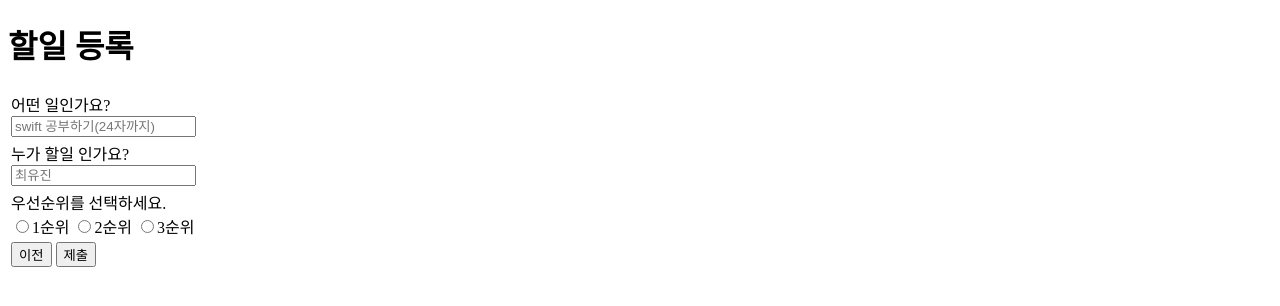
Repository: estellechoi/jsp-project-todo
Page: http://localhost/todo/jsp/form.jsp
These files come from the project's save history. The page is drawn as it stood at one moment and after the next save; the edit follows.
The browser window is 1280 px wide. The pictures show the whole page.
The page is served by Tomcat 9. Other server files are loaded and not shown.

Above is the page before, as saved 2019-12-08 06:53:49.

### todo/src/main/webapp/jsp/form.jsp
<%@ page language="java" contentType="text/html; charset=UTF-8"
    pageEncoding="UTF-8"%>
<!DOCTYPE html>
<html>
<head>
<meta charset="UTF-8">
<title>Insert title here</title>
<style>

</style>
</head>
<body>
	<h1>할일 등록</h1>
	<form action="TodoAddServlet" method="post">
		<table>
			<tr>
				<td>
					<span>어떤 일인가요?</span> <br />
					<input type="text" name="title" placeholder="swift 공부하기(24자까지)" />
				</td>
			</tr>
			<tr>
				<td>
					<span>누가 할일 인가요?</span> <br />
					<input type="text" name="name" placeholder="최유진" />
				</td>
			</tr>
			<tr>
				<td>
					<span>우선순위를 선택하세요.</span> <br />
					<input type="radio" name="sequence" value="1" />1순위
					<input type="radio" name="sequence" value="2" />2순위
					<input type="radio" name="sequence" value="3" />3순위
				</td>
			</tr>
			<tr>
				<td>
					<input type="button" value="이전" />
					<input type="submit" value="제출" />
				</td>
			</tr>
		</table>
	</form>
</body>
</html>

After the next save:
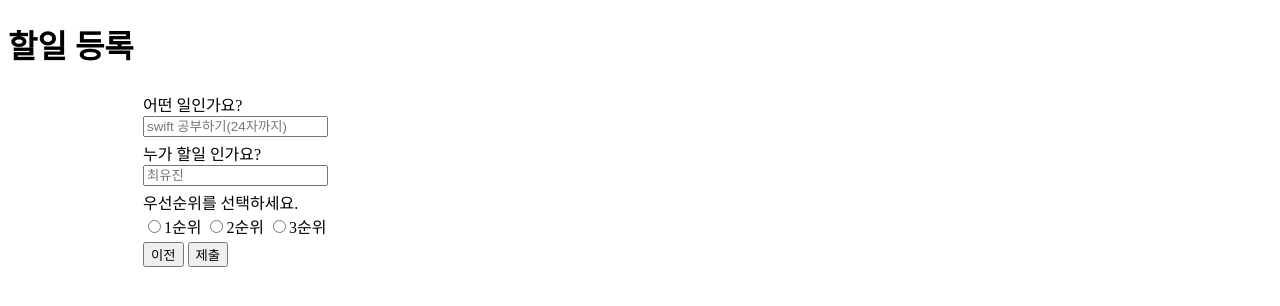
Saved 16 s later.
--- a/todo/src/main/webapp/jsp/form.jsp
+++ b/todo/src/main/webapp/jsp/form.jsp
@@ -6,7 +6,10 @@
 <meta charset="UTF-8">
 <title>Insert title here</title>
 <style>
-
+	table {
+		width: 1000px;
+		margin: auto;
+	}
 </style>
 </head>
 <body>
